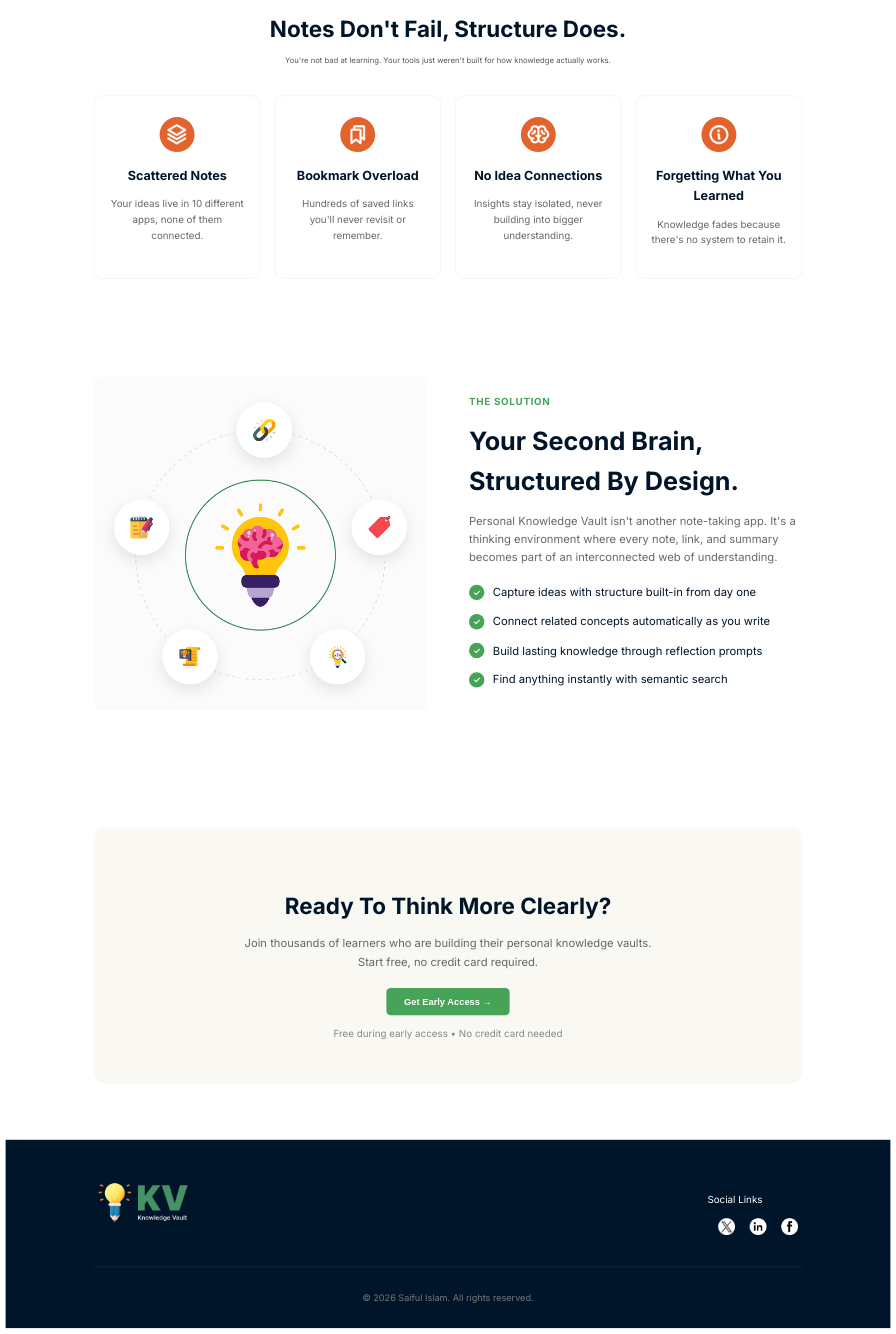
Repository: Saiful21Islam/my-fast-devel
Page: index.html
These files come from the project's save history. The page is drawn as it stood at one moment and after a run of saves; the edit follows.
The browser window is 1280 px wide. The pictures show the part of the page from y = 686 to 2606 px (the page is 2591 px tall before and 2606 px after), at 70% of full size.

Above is the page before, as saved 2026-01-31 14:45:29.

### index.html
<!DOCTYPE html>
<html lang="en">

<head>
    <meta charset="UTF-8">
    <meta name="viewport" content="width=device-width, initial-scale=1.0">
    <title>My Fast Development Project</title>
    <link rel="preconnect" href="https://fonts.googleapis.com">
<link rel="preconnect" href="https://fonts.gstatic.com" crossorigin>
<link href="https://fonts.googleapis.com/css2?family=Inter:ital,opsz,wght@0,14..32,100..900;1,14..32,100..900&family=Open+Sans:ital,wght@0,300..800;1,300..800&family=Work+Sans:ital,wght@0,100..900;1,100..900&display=swap" rel="stylesheet">
    <link rel="stylesheet" href="style.css">
</head>

<body>
    <header class="navbar">
        <div class="logo">
            <img src="assets/logo-navbar.png" alt="kv logo">
        </div>
    <nav class="nav-links">
        <a href="#">Features</a>
        <a href="#">How it Works</a>
        <a href="#">Why It's Different</a>
    </nav>
    <button class="btn-primary">Get Early Access</button>
</header>
 <section class="banner">
        <div class="banner-overlay">
            <div class="banner-content">
                <span class="early-badge">Early Access Now Open</span>
                <h1>Structured Thinking, <br><span class="green-text">Not Just Note-Taking.</span></h1>
                <p>A private space to store notes, links, and learning summaries — designed to help you think clearly,
                    connect ideas, and turn learning into long-term knowledge.</p>
                <div class="banner-btns">
                  <button class="btn-primary">Start Building Your Vault &rarr;</button>

                  <button class="btn-outline">
                  <span class="play-icon">&#9655;</span> See How It Works
                           </button>
                </div>
            </div>
        </div>
    </section>
        <section class="notes">
    <h2 class="Notes" >Notes Don't Fail, Structure Does.</h2>
    <p class="subtitle">You're not bad at learning. Your tools just weren't built for how knowledge actually works.</p>

    <div class="card-container">
        <div class="card">
            <div class="icon-circle red-bg"> <img src="assets/Vector.png" alt=""> </div>
            <h3>Scattered Notes</h3>
            <p>Your ideas live in 10 different apps, none of them connected.</p>
        </div>
        <div class="card">
            <div class="icon-circle orange-bg"> <img src="assets/Bookmarks.png" alt=""> </div>
            <h3>Bookmark Overload</h3>
            <p>Hundreds of saved links you'll never revisit or remember.</p>
        </div>
        <div class="card">
            <div class="icon-circle red-bg"> <img src="assets/Brain.png" alt=""> </div>
            <h3>No Idea Connections</h3>
            <p>Insights stay isolated, never building into bigger understanding.</p>
        </div>
        <div class="card">
            <div class="icon-circle red-bg"> <img src="assets/Info.png" alt=""> </div>
            <h3>Forgetting What You Learned</h3>
            <p>Knowledge fades because there's no system to retain it.</p>
        </div>
    </div>
    </section>
 <section class="second-brain">
    <div class="brain-visual">
        <img src="assets/knowledge.png" alt="Second Brain Illustration">
    </div>

    <div class="brain-content">
        <span class="solution-tag">THE SOLUTION</span>
        <h2>Your Second Brain, <br> Structured By Design.</h2>
        <p class="prgrap" >Personal Knowledge Vault isn't another note-taking app. It's a thinking environment where every note, link, and summary becomes part of an interconnected web of understanding.</p>

        <ul class="feature-list">
            <li>Capture ideas with structure built-in from day one</li>
            <li>Connect related concepts automatically as you write</li>
            <li>Build lasting knowledge through reflection prompts</li>
            <li>Find anything instantly with semantic search</li>
        </ul>
    </div>
</section>

<section class="cta-section">
    <div class="cta-container">
        <h2>Ready To Think More Clearly?</h2>
        <p>Join thousands of learners who are building their personal knowledge vaults. <br> Start free, no credit card required.</p>

        <button class="btn-primary">Get Early Access &rarr;</button>

        <span class="cta-subtext">Free during early access • No credit card needed</span>
    </div>
</section>

<footer class="footer">
    <div class="footer-top">
        <div class="footer-logo">
            <span> <div><img src="assets/logo-footer.png" alt=""></div> </span>
        </div>

        <div class="social-links">
            <p>Social Links</p>
            <div class="icons">
                <a href="#"> <img src="icon/tw.c.png" alt="Twitter"> </a>
                <a href="#"> <img src="icon/in.c.png" alt="LinkedIn"> </a>
                <a href="#"> <img src="icon/fb.c.png" alt="Facebook"> </a>
            </div>
        </div>
    </div>
    <div class="footer-bottom">
        <p>&copy; 2026 Saiful Islam. All rights reserved.</p>
    </div>
</footer>

</body>
</html>

### style.css
/* Google Font (Always on Top) */
@import url('https://fonts.googleapis.com/css2?family=Inter:wght@400;600;700&display=swap');

/* Global */
body {
    font-family: 'Inter', sans-serif;
    color: #001529;
    line-height: 1.6;
}

/* Navbar */
.navbar {
    display: flex;
    justify-content: space-between;
    align-items: center;
    padding: 20px 5%;
}

.nav-links a {
    text-decoration: none;
    color: black;
    margin: 0 15px;
}

/* Buttons */
.btn-early {
    background-color: #46a358;
    color: white;
    padding: 10px 20px;
    border: none;
    border-radius: 5px;
}

/* Banner */
.banner {
    background-image: linear-gradient(rgba(0, 0, 0, 0.5), rgba(0, 0, 0, 0.5)),
        url('assets/hero-bg.png');
    background-size: cover;
    background-position: center;
    height: 500px;

    display: flex;
    justify-content: center;
    align-items: center;
    text-align: center;
    color: white;
}

/* Badge */
.early-badge {
    display: inline-flex;
    align-items: center;
    color: #46a358;
    background-color: #fff;
    padding: 6px 15px;
    border: 1px solid #eee;
    border-radius: 50px;
    font-size: 12px;
    font-weight: 600;
    cursor: pointer;
    box-shadow: 0 2px 5px rgba(0, 0, 0, 0.1);
}

.early-badge::before {
    content: "";
    height: 8px;
    width: 8px;
    background-color: #46a358;
    border-radius: 50%;
    margin-right: 8px;
    box-shadow: 0 0 5px rgba(70, 163, 88, 0.8);
}

/* Text */
h1 {
    font-size: 56px;
    font-weight: 700;
    letter-spacing: -1px;
}

.green-text {
    color: #46a358;
}

.banner p {
    font-size: 18px;
    color: #cfd8dc;
    max-width: 650px;
    margin: 20px auto;
}

/* Banner Buttons */
.banner-btns {
    display: flex;
    justify-content: center;
    gap: 15px;
    margin-top: 30px;
}

.btn-primary {
    background-color: #46a358;
    color: white;
    padding: 12px 25px;
    border: none;
    border-radius: 6px;
    font-weight: 600;
    cursor: pointer;
    transition: 0.3s;
}

.btn-primary:hover {
    background-color: #3b8a4a;
}

.btn-outline {
    background: transparent;
    color: white;
    padding: 12px 25px;
    border: 1px solid rgba(255, 255, 255, 0.4);
    border-radius: 6px;
    font-weight: 500;
    cursor: pointer;
    display: flex;
    align-items: center;
    gap: 8px;
}

.btn-outline:hover {
    background: rgba(255, 255, 255, 0.1);
    border-color: white;
}


.notes {
    text-align: center;
    padding: 60px 10%;
    background-color: #fff;
}

.card-container {
    display: flex;
    /* 4ti card ke pashapashi rakhar jonno */
    gap: 20px;
    margin-top: 40px;
}

.card {
    flex: 1;
    /* Shob card shoman size-er hobe */
    padding: 30px 20px;
    border: 1px solid #f4f0ee;
    border-radius: 12px;
    transition: 0.3s;

}

/* Hover Effect (Challenge Requirement) */
.card:hover {
    box-shadow: 0 10px 20px rgba(0, 0, 0, 0.05);
    transform: translateY(-5px);
}

/* Icon Design */
.icon-circle {
    width: 50px;
    height: 50px;
    border-radius: 50%;
    display: flex;
    align-items: center;
    justify-content: center;
    margin: 0 auto 20px;
    font-size: 20px;

}

.Notes {
    font-size: 32px;
    font-weight: 700;
    margin-bottom: 10px;
}

.subtitle {
    font-size: 11px;
    color: #555;
}

.red-bg {
    background-color: #e3632c;
    color: #f1ecec;
}

.orange-bg {
    background-color: #e3632c;
    color: #fefdfc;
}

.card h3 {
    font-size: 18px;
    margin-bottom: 10px;
}

.card p {
    font-size: 14px;
    color: #666;
}

.second-brain {
    display: flex;
    align-items: center;
    padding: 80px 10%;
    gap: 60px;
}

.brain-visual,
.brain-content {
    flex: 1;
}

.brain-visual img {
    max-width: 100%;
    height: auto;
}

.solution-tag {
    color: #46a358;
    font-size: 14px;
    font-weight: 700;
    text-transform: uppercase;
    letter-spacing: 1px;
}

.brain-content h2 {
    font-size: 36px;
    margin: 15px 0;
    color: #001529;
}

/* Feature List Styling */
.feature-list {
    list-style: none;
    padding: 0;
    margin-top: 25px;
}

.feature-list li {
    display: flex;
    align-items: center;
    margin-bottom: 16px;
    font-size: 16px;
    color: #001529;
}

/* Green Circle Checkmark magic */
.feature-list li::before {
    content: "✓";
    color: white;
    background-color: #46a358;
    width: 22px;
    height: 22px;
    border-radius: 50%;
    display: flex;
    justify-content: center;
    align-items: center;
    margin-right: 12px;
    font-size: 12px;
    font-weight: bold;
    flex-shrink: 0;
}

.prgrap {
    color: #65696d;
}

/* CTA Section Styling */
.cta-section {
    padding: 80px 10%;
    background-color: #fff;
}

.cta-container {
    background-color: #f9f8f3;
    /* Mockup-er halka cream color */
    padding: 60px 20px;
    border-radius: 15px;
    text-align: center;
}

.cta-container h2 {
    font-size: 32px;
    color: #001529;
    margin-bottom: 15px;
}

.cta-container p {
    color: #666;
    margin-bottom: 25px;
    line-height: 1.6;
}

.cta-subtext {
    display: block;
    margin-top: 15px;
    font-size: 14px;
    color: #888;
}

/* Footer Styling */
.footer {
    background-color: #001529;
    /* Deep navy blue */
    color: white;
    padding: 60px 10% 20px;
}

.footer-top {
    display: flex;
    justify-content: space-between;
    align-items: flex-start;
    border-bottom: 1px solid rgba(255, 255, 255, 0.1);
    padding-bottom: 40px;
}

.footer-logo .logo-text {
    font-size: 24px;
    font-weight: bold;
    color: #46a358;
}

.footer-logo p {
    font-size: 12px;
    color: #aaa;
}

.social-links p {
    font-size: 14px;
    margin-bottom: 10px;
}

.social-links .icons a {
    text-decoration: none;
    margin-left: 10px;
    font-size: 20px;
}

.footer-bottom {
    text-align: center;
    padding-top: 20px;
    font-size: 13px;
    color: #777;
}

.social-links {
    text-align: left;


.social-links p {
    color: #ffffff;
    font-size: 14px;
    margin-bottom: 15px;
    font-weight: 500;
    opacity: 0.8;
}

.icons {
    text-align: left;
    display: flex;
    justify-content: flex-end;
    gap: 0.em;
}
.icons a {
    display: flex;
    align-items: center;
    justify-content: center;
    width: 35px;
    height: 35px;
    background-color: transparent;
    border-radius: 50%;
    transition: transform 0.3s ease, background-color 0.3s ease;
}

.icons a img {
    width: 24px;
    height: auto;
    display: block;
}

.icons a:hover {
    transform: translateY(-3px);
    background-color: rgba(255, 255, 255, 0.1);
}

After the next 2 saves:
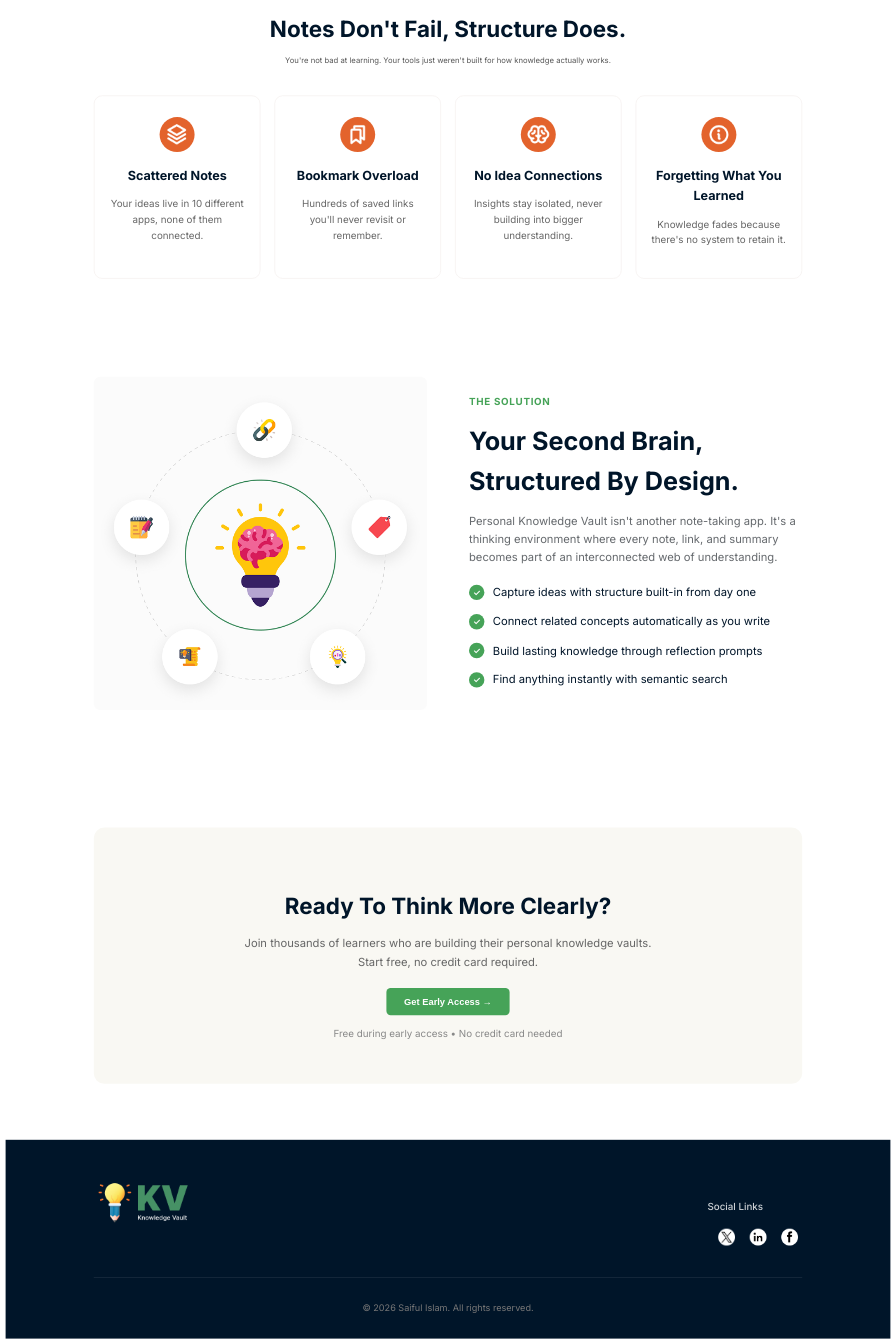
The 2 saves are shown as one change because they came seconds apart.
The last was saved 7 s later.
--- a/style.css
+++ b/style.css
@@ -351,7 +351,8 @@ h1 {
 
 .social-links {
     text-align: left;
-
+    margin-top: 10px;
+}
 
 .social-links p {
     color: #ffffff;
